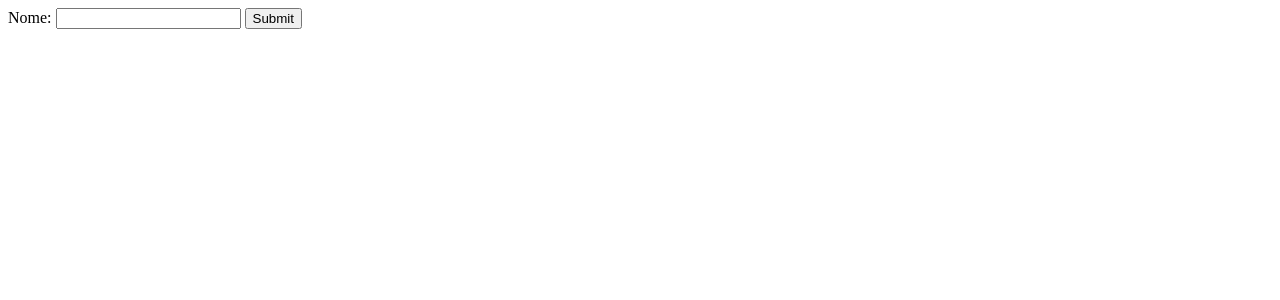
Repository: RafaelSK7/java_servlet_alura
Page: http://localhost/gerenciador/formNovaEmpresa.jsp
An editor plug-in stored every save of this project. The page is shown before and after the next save, followed by the edit.
The browser window is 1280 px wide. The pictures show the whole page.
The page is served by Tomcat 9. Other server files are loaded and not shown.

Above is the page before, as saved 2022-04-08 14:51:58.

### gerenciador/WebContent/formNovaEmpresa.jsp
<%@ taglib uri="http://java.sun.com/jsp/jstl/core" prefix="c"	%>
	<c:url value="novaEmpresa" var="linkServletNovaEmpresa"/>
<!DOCTYPE html>
<html>
<head>
<meta charset="ISO-8859-1">
<title>Insert title here</title>
</head>
<body>



	<form action="${linkServletNovaEmpresa}" method="post">

	Nome: <input type="text" name="nome" />

	<input type="submit" />
	</form>

</body>
</html>

After the next save:
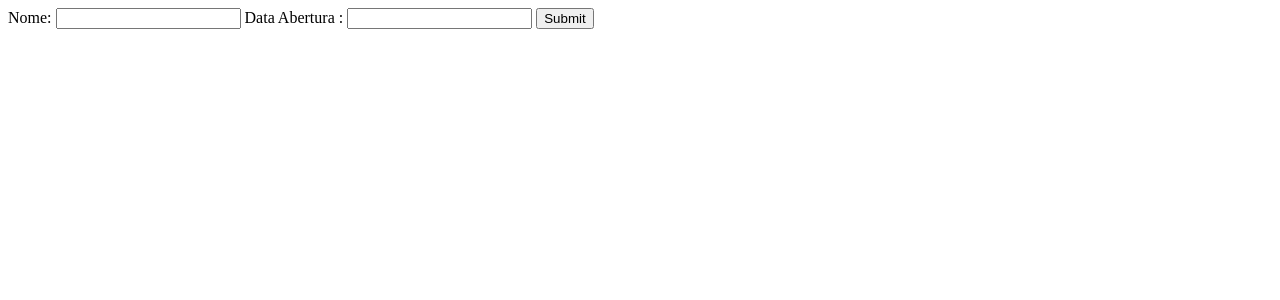
Saved 3 min 31 s later.
--- a/gerenciador/WebContent/formNovaEmpresa.jsp
+++ b/gerenciador/WebContent/formNovaEmpresa.jsp
@@ -13,6 +13,7 @@
 	<form action="${linkServletNovaEmpresa}" method="post">
 
 	Nome: <input type="text" name="nome" />
+	Data Abertura : <input type="text" name="data" />
 
 	<input type="submit" />
 	</form>
